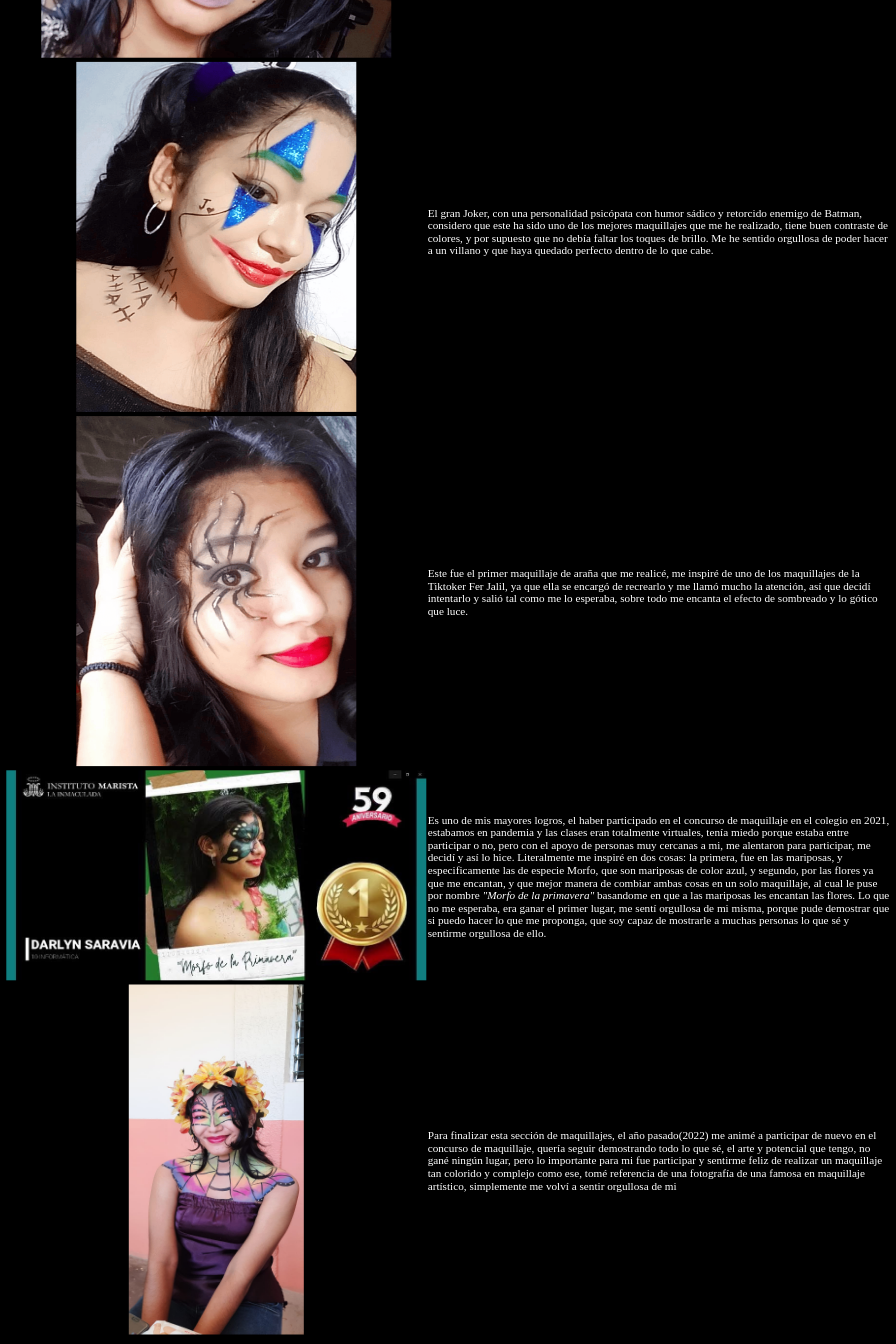
Repository: darlyn-saravia27/portafolio-darlynsaravia
Page: archivoshtml/maquillaje.html
The author's editor kept a copy of each file at every save. The page is drawn from the files as they stood at one save, then again after the next save.
The browser window is 1280 px wide. The pictures show the part of the page from y = 3088 to 5008 px (the page is 5008 px tall), at 70% of full size.

Above is the page before, as saved 2023-03-07 02:30:23.

### archivoshtml/maquillaje.html
<!DOCTYPE html>
<html lang="es">
<head>
    <meta charset="UTF-8">
    <meta http-equiv="X-UA-Compatible" content="IE=edge">
    <meta name="viewport" content="width=device-width, initial-scale=1.0">
    <title>Maquillaje</title>
</head>
<body bgcolor="black">
    <table align="center" cellspacing="0" width="100%">
        <tr>
            <td align="center" colspan="2">
                <h1><font color="D10E9C">Mis maquillajes</font></h1>
            </td>
            <br>
            <br>
        </tr>
        <tr>
            <td colspan="2">
                <p><font color="white">Como mencionaba anteriormente, uno de mis principales pasatiempos favoritos es maquillarme,
                y es por ello que muestro algunos de los maquillajes artisticos que me he realizado, la
                mayoria de ellos los realicé en Octubre, ya que sentia que tenia mas disponibilidad en mi tiempo
                y pude enfocarme mucho en los detalles y paciencia que cada uno de ellos requiere.</font>
                </p>
                <br>
                <br>
            </td>
        </tr>
        <tr>
            <td align="center">
                <img src="fo1.png" width="300px" height="500px">
            </td>
            <td>
                <font color="white">Este maquillaje representa a una hada, me gusto por su sencillez, y la vivacidad de
                    los colores que este lleva, colores azules tanto oscuros como claros y toques violetas
                    con brillos, obviamente como se puede resaltar la corona de flores que llevo puesta
                    sobre mi cabeza.</font>
                <br>
                <br>
            </td>
        </tr>
        <tr>
            <td align="center">
                <img src="fo2.png" width="300px" height="500px">
            </td>
            <td><font color="white">Este maquillaje es literalmente la representación de una de mis mayores miedos,
                a las arañas, en el cual usé mi color favorito, negro, el cual es muy dificil de difuminar,
                ya que requiere de mucha practica y paciencia, cabe destacar que en esta fotografia es
                la segunda vez que lo hice, ya que le agregue una tela de araña en el otro ojo, y para darle
                un toque gótico los labios negros con brillos amarillos.</font>
                <br>
                <br>
            </td>
        </tr>
        <tr>
            <td align="center">
                <img src="fo3.png" width="340px" height="500px">
            </td>
            <td><font color="white">Este maquillaje es una recreación de la otra madre, de la película
                Coraline, que es la principal antagonista de la historia cuyo origen es desconocido, la
                cual vive en un mundo paralelo al de Coraline cruzando por una pequeña puerta en la sala
                de estar, al cual es llamado <i>"el otro mundo"</i>. En este maquillaje se usa la técnica
                de sombreado a modo de achicar mas la cara y hacerla ver huesuda como popularmente se le dice
                y para dar un toque de color, el uso de labios rojos y sobre los labios, el caracteristico lunar
                de ese ser malvado.</font>
                <br>
                <br>
            </td>
        </tr>
        <tr>
            <td align="center">
                <img src="fo4.png" width="500px" height="400px">
            </td>
            <td><font color="white">Recreación del maquillaje de Morticia Addams, entrando en contexto
                con este personaje, es el corazón, reina y alma de la Familia Addams, se describe como
                una vampiresa de piel pálida, cabello negro lacio, que usa vestidos negros góticos para
                combinar con su pelo. Volviendo al tema, quise recrear el maquillaje de una Tiktoker famosa,
                llamada Dorys Jocelyn Velásquez, la cual es una maquillista profesional y recrea maquillajes
                de todo tipo de ocasión, y por supuesto, los maquillajes artísticos, y me llamo mucho la atención
                el echo de como fucionó el personaje de Morticia con una catrina, tipos de maquillajes que los
                mexicanos usan el día de muertos. Recalco que me fascina trabajar con colores neutros, pero
                con el color negro en cualquier tipo de maquillaje es difícil de manejar, pero que con práctica,
                dedicación y paciencia, todo se hace mas fácil.</font>
                <br>
                <br>
            </td>
        </tr>
        <tr>
            <td align="center">
                <img src="fo5.png" width="300px" height="500px">
            </td>
            <td><font color="white">El maquillarte es como utilizar un lienzo blanco en el cual
                te dejas guiar por tu imaginación y gustos y comienzas a pintar, esta es una breve descripción
                de este maquillaje, ya que quise no lleva un patrón ni guía, simplemente es colorear de la
                manera en que gustes, usando cualquier variedad de tonos de colores, sombras, etc. </font>
                <br>
                <br>
            </td>

        </tr>
        <tr>
            <td align="center">
                <img src="fo6.png" width="500px" height="400px">
            </td>
            <td><font color="white">Quise agregar esta "tierna" fotografía sobre un maquillaje de un animal,
                una osa, representación de la fauna de los bosques, creo que ha sido uno de los mas sencillos
                y fáciles que he realizado.
                </font>
                <br>
                <br>
            </td>
        </tr>
        <tr>
            <td align="center">
                <img src="fo7.png" width="400px" height="500px">
            </td>
            <td><font color="white">El gran Joker, con una personalidad psicópata con humor sádico
                y retorcido enemigo de Batman, considero que este ha sido uno de los mejores maquillajes
                que me he realizado, tiene buen contraste de colores, y por supuesto que no debía faltar
                los toques de brillo. Me he sentido orgullosa de poder hacer a un villano y que haya quedado
                perfecto dentro de lo que cabe.</font>
                <br>
                <br>
            </td>

        </tr>
        <tr>
            <td align="center">
                <img src="fo8.png" width="400px" height="500px">
            </td>
            <td><font color="white">Este fue el primer maquillaje de araña que me realicé, me
                inspiré de uno de los maquillajes de la Tiktoker Fer Jalil, ya que ella se encargó de
                recrearlo y me llamó mucho la atención, así que decidí intentarlo y salió tal como me lo
                esperaba, sobre todo me encanta el efecto de sombreado y lo gótico que luce.
            </font></td>
            <br>
            <br>
        </tr>
        <tr>
            <td align="center">
                <img src="makedada.png" width="600px" height="300px">
            </td>
            <td><font color="white">Es uno de mis mayores logros, el haber participado en el concurso
                de maquillaje en el colegio en 2021, estabamos en pandemia y las clases eran totalmente
                virtuales, tenía miedo porque estaba entre participar o no, pero con el apoyo de personas
                muy cercanas a mi, me alentaron para participar, me decidí y así lo hice.
                Literalmente me inspiré en dos cosas: la primera, fue en las mariposas, y especificamente las
                de especie Morfo, que son mariposas de color azul, y segundo, por las flores ya que me encantan,
                y que mejor manera de combiar ambas cosas en un solo maquillaje, al cual le puse por nombre <i>"Morfo
                de la primavera"</i> basandome en que a las mariposas les encantan las flores.
                Lo que no me esperaba, era ganar el primer lugar, me sentí orgullosa de mi misma, porque
                pude demostrar que si puedo hacer lo que me proponga, que soy capaz de mostrarle a muchas
                personas lo que sé y sentirme orgullosa de ello.
            </font></td>
            <br>
            <br>
        </tr>
        <tr>
            <td align="center">
                <img src="makedada2.png" width="250px" height="500px">
            </td>
            <td><font color="white">Para finalizar esta sección de maquillajes, el año pasado(2022)
                me animé a participar de nuevo en el concurso de maquillaje, quería seguir demostrando todo
                lo que sé, el arte y potencial que tengo, no gané ningún lugar, pero lo importante para mi
                fue participar y sentirme feliz de realizar un maquillaje tan colorido y complejo como ese,
                tomé referencia de una fotografía de una famosa en maquillaje artístico, simplemente me volví
                a sentir orgullosa de mi
            </font></td>
            <br>
            <br>
        </tr>
    </table>
</body>
</html>

After the next save:
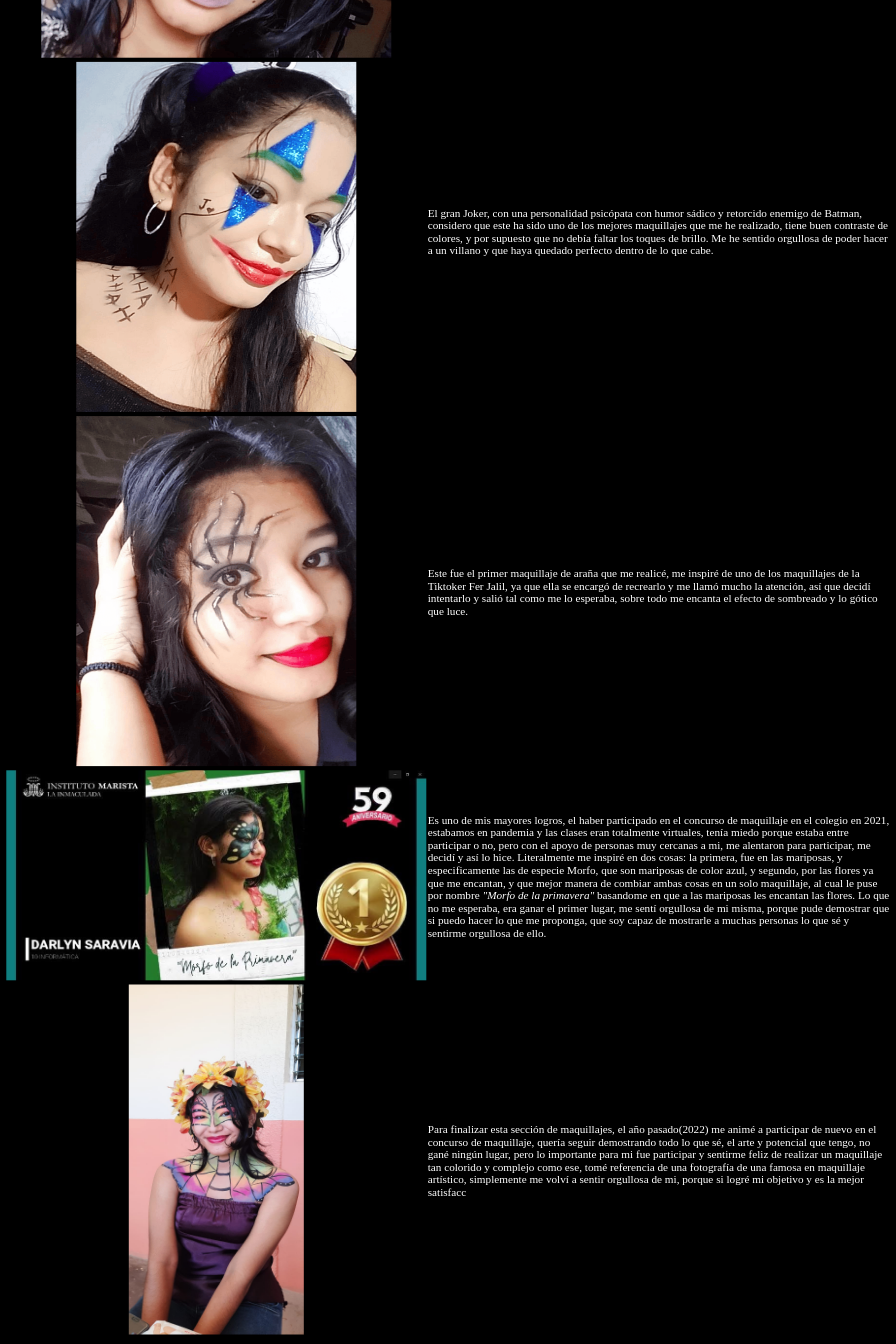
Saved 21 s later.
--- a/archivoshtml/maquillaje.html
+++ b/archivoshtml/maquillaje.html
@@ -164,7 +164,7 @@
                 lo que sé, el arte y potencial que tengo, no gané ningún lugar, pero lo importante para mi
                 fue participar y sentirme feliz de realizar un maquillaje tan colorido y complejo como ese,
                 tomé referencia de una fotografía de una famosa en maquillaje artístico, simplemente me volví
-                a sentir orgullosa de mi
+                a sentir orgullosa de mi, porque si logré mi objetivo y es la mejor satisfacc
             </font></td>
             <br>
             <br>
